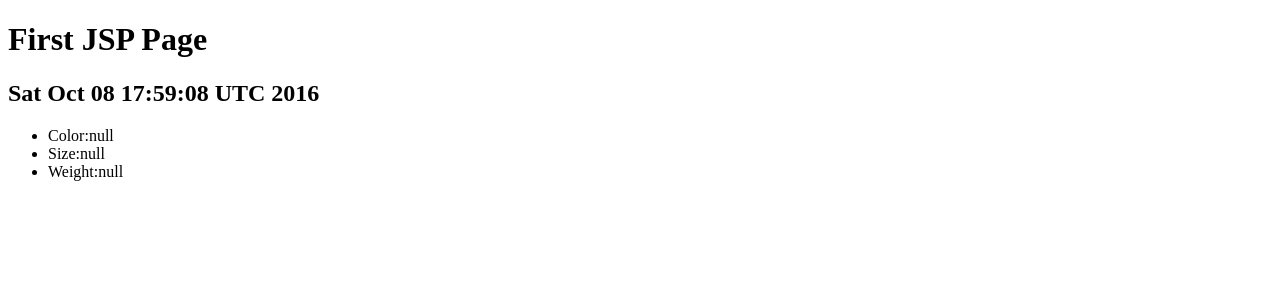
Repository: derekpwwong/jee-workspace
Page: http://localhost/WebServlet/example.jsp
An editor plug-in stored every save of this project. The page is shown before and after the next save, followed by the edit.
The browser window is 1280 px wide. The pictures show the whole page.
The page is served by Tomcat 9.

Above is the page before, as saved 2016-11-05 18:22:25.

After the next save:
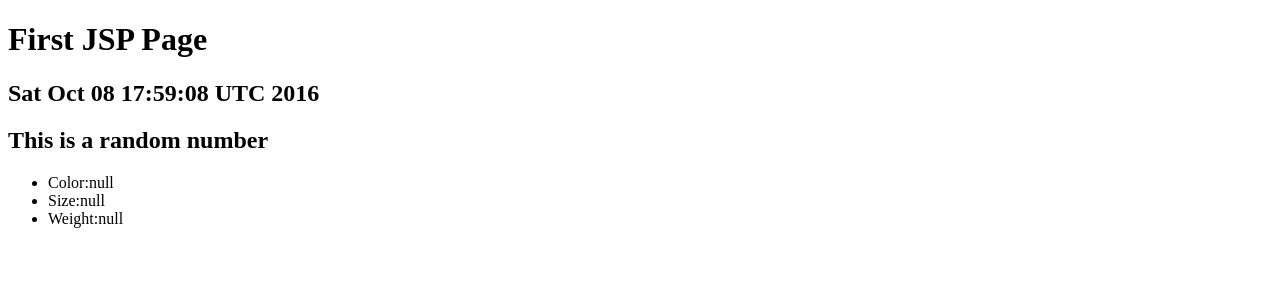
Saved 20 s later.
--- a/workspace/workspace/WebServlet/WebContent/example.jsp
+++ b/workspace/workspace/WebServlet/WebContent/example.jsp
@@ -9,7 +9,7 @@
 <body>
 	<h1><% out.println("First JSP Page"); %></h1>
 	<h2><% out.println(new java.util.Date()); %></h2>
-	<% Math.random(); %>
+	<h2>This is a random number<% Math.random(); %></h2>
 	<ul>
 		<li>Color:<%= request.getParameter("color") %></li>
 		<li>Size:<%= request.getParameter("size") %></li>
